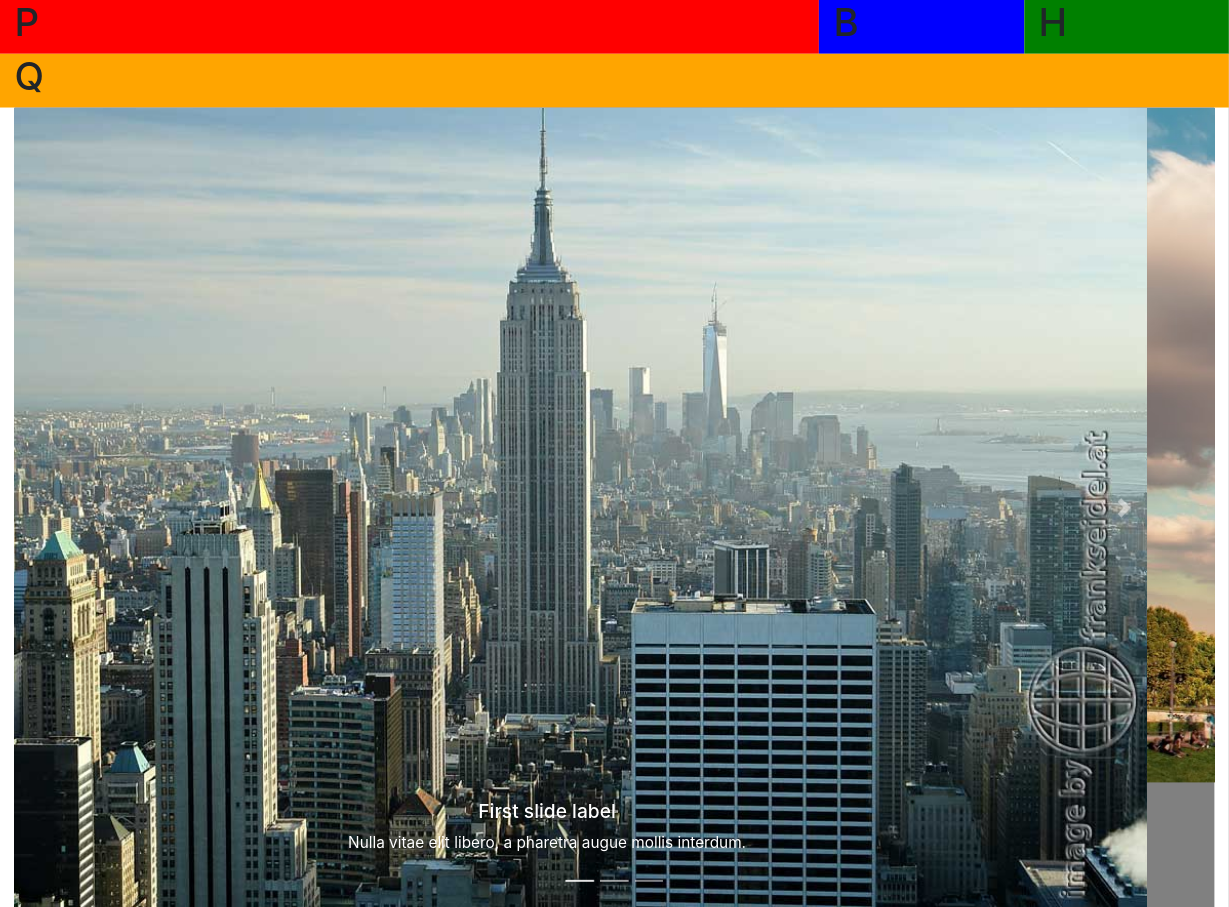
Repository: Brad000/PlanAway-Project
Page: index.html
The author's editor kept a record of every edit. The page is drawn from the files as they stood at one moment, then again after the next edit.
The browser window is 1280 px wide. The pictures show the whole page, at 96% of full size.
Some web libraries are served in a nearby version.

Above is the page before.

After the next edit:
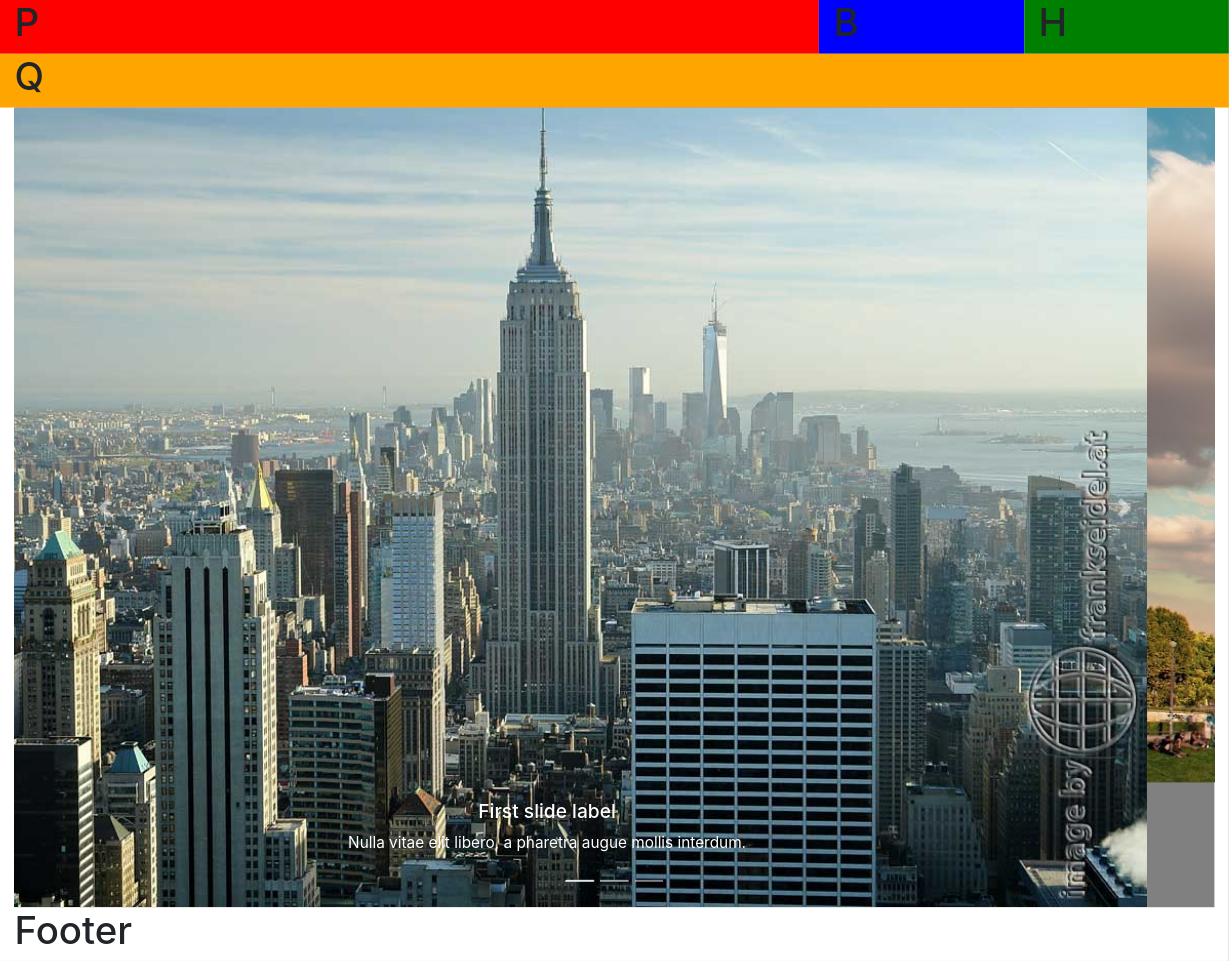
The edit:
--- a/index.html
+++ b/index.html
@@ -77,7 +77,13 @@
             </div>
         </div>
     </section>
-
+<footer class="container-fluid">
+    <div class="row">
+        <div class="col-12 footer">
+            <h1>Footer</h1>
+        </div>
+    </div>
+</footer>
 
 
 
